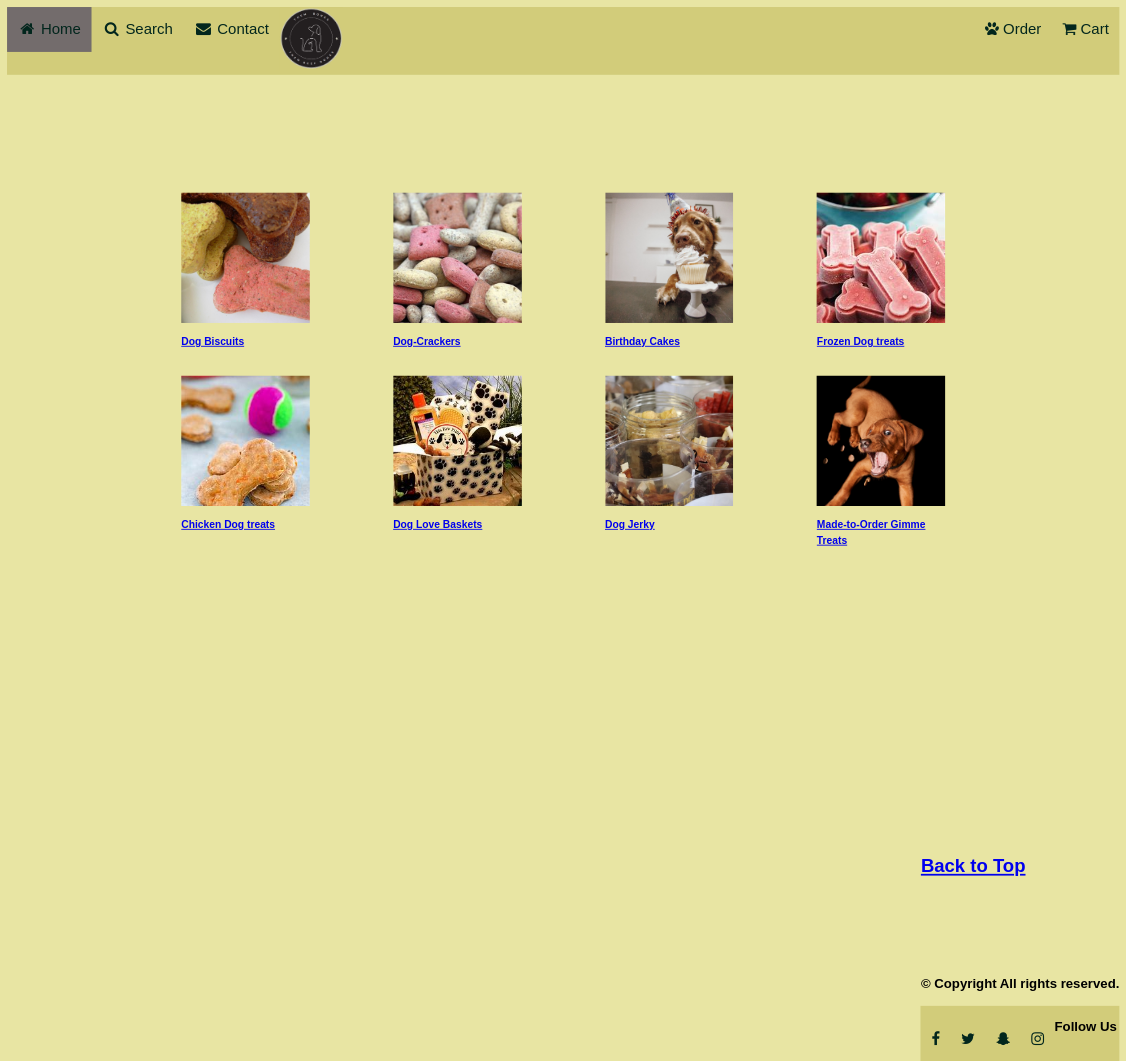
Repository: vgoins-RA2022/HTML-1
Page: index.html
These files come from the project's save history. The page is drawn as it stood at one moment and after the next save; the edit follows.
The browser window is 1280 px wide. The pictures show the whole page, at 88% of full size.

Above is the page before, as saved 2023-01-21 18:55:09.

### index.html
<!DOCTYPE html>
<html lang="en">

<head>
  <meta charset="UTF-8">
  <meta name="viewport" content="width=device-width, initial-scale=1">
  <link rel="stylesheet" href="https://cdnjs.cloudflare.com/ajax/libs/font-awesome/4.7.0/css/font-awesome.min.css">
  <link rel="stylesheet" href="../HTML-1/src/css/Style.css" type="text/css">
  <title>Simple HTML Assignment 1</title>
</head>

<header>
    <!-- setup top navigator bar. position logo, home and contact navators on the left-->
    <div class="navbar" float: left>
      <img src="src/img/them-bones-logo.png" alt="them-bones-logo" class="logo" >
      <a class="active" href="#"><i class="fa fa-fw fa-home"></i> Home</a>
      <a href="#"><i class="fa fa-fw fa-search"></i> Search</a>
      <a href="#"><i class="fa fa-fw fa-envelope"></i> Contact</a>
      <!-- position order and cart navigators on the right -->
    <div class="right"><a href="#"><i class="fa fa-paw" aria-hidden="true"></i> Order</a>
    <div class="right"><a href="#"><i class="fa fa-shopping-cart" aria-hidden="true"></i> Cart</a>
    </div>
  </header>

<body>
  <div class="container">
     <!-- set of store gallery of self-contained items enclosed in the figure tags  -->
    <div class="gallery">

      <figure class="gallery__item gallery__item--1">
            <img src="src/img/animal-dog- biscuits.jpg" alt="animal-dog-biscuits" class="gallery__img" >
              <h3 class= image-text>
                <h3><a href="#">Dog Biscuits</a></h3>
              </h3>
        </figure>
        <figure class="gallery__item gallery__item--2">
            <img src="src/img/animal-dog- crackers.jpg" alt="animal-dog-crackers" class="gallery__img">
                <h3 class= image-text>
                  <h3><a href="#">Dog-Crackers</a></h3>
                </h3>

        </figure>
        <figure class="gallery__item gallery__item--3">
            <img src="src/img/dog-happy-birthday.jpg" alt="dog-happy-birthday" class="gallery__img">
              <h3 class= image-text></h3>
                <h3><a href="#">Birthday Cakes</a></h3>
               </h3>
        </figure>
        <figure class="gallery__item gallery__item--4">
            <img src="src/img/frozen-dog-treats.jpg" alt="frozen-dog-treats" class="gallery__img">
              <h3 class= image-text>
                 <h3><a href="#">Frozen Dog treats</a></h3>
              </h3>
        </figure>
        <figure class="gallery__item gallery__item--5">
            <img src="src/img/chicken-dog-treat.jpg" alt="chicken-dog-treats" class="gallery__img">
              <h3 class= image-text>
                <h3><a href="#">Chicken Dog treats</a></h3>
              </h3>
        </figure>
        <figure class="gallery__item gallery__item--6">
            <img src="src/img/doggy-love-basket.jpg" alt="doggy-love-basket" class="gallery__img">
            <h3 class= image-text>
            <h3><a href="#">Dog Love Baskets</a></h3>
            </h3>
        </figure>
        <figure class="gallery__item gallery__item--7">
            <img src="src/img/Dog-jerkey.png" alt="dog-jerky" class="gallery__img">
            <h3 class= image-text>
              <a href="#">Dog Jerky</a></h3>
            </h3>
        </figure>
        <figure class="gallery__item gallery__item--8">
          <img src="src/img/gimme-dog treats.jpg" alt="gimme-dog-treats" class="gallery__img">
          <h3 class= image-text>
            <a href="#">Made-to-Order Gimme Treats</a>
          </h3>
        </figure>

      </div>
  </div>

  <a href="#" class="button">
    <div class="right"><span class="label"><h3>Back to Top</h3></span>
  </a>
</body>

<footer>
  <!-- <div> id="footer"</div>  footer id attribute -->

  <!-- setup navigator bar in the footer of copywright and social media icons -->
  <div class="right">
    <div id="footer">
      <p class="copyright"> <h2>&copy; Copyright All rights reserved.</h2> </p>
    </div>
    <div class="navbar" float: left>
    <!-- <div class="left"> -->
      <h2>Follow Us
      <a href="#"><i class="fa fa-facebook"></i> </a>
      <a href="#"><i class="fa fa-twitter"></i> </a>
      <a href="#"><i class="fa fa-snapchat-ghost"></i> </a>
      <a href="#"><i class="fa fa-instagram"></i> </a>
      </h2>
    </div>

  </footer>
</html>

### src/css/Style.css

/* align navigation bar items */
.left-menu {
  grid-column: 1;
}
.right-menu {
  grid-column: -1;
}
/* format logo position, width and height */
.logo {
  grid-column: 3;
  grid-area: logo;
  place-self: center;
  width: 10vh;
  height: 10vh;
  justify-self: center;
  background-color:#d2cc7a;
}

/* style the navigation bar */
.navbar a {
float: left;
padding-top: 70px;
padding: 12px;
color: #02261d;
text-decoration: none;
font-size: 17px;
}
/* set the size of the images */
img {
  width: 400px;
  height: 80px;
}
/* change color of navigation item when cursor hovers */
.navbar a:hover {
background-color: #8e8c8c;
}
.active {
background-color: #736c6c;
}
.left {
  float: left;
}

.right {
  float: right;
 }

.navbar a {
    float: left;
    display: block;
}

.navbar {
    width: 100%;
    background-color: #d2cc7a;
    overflow: auto;
}

.logo img {
    display: inline-block;
    vertical-align: top;
    width: 50px;
    height: 50px;
    margin-right: 20px;
    margin-top: 15px;
}



html {
  box-sizing: border-box;
  font-size: 62.5%;
}

body {
  font-family: "Nunito", sans-serif;
  background-color: rgba(216, 212, 98, 0.585);
  font-weight: 300;
  line-height: 1.6;
}

.container {
  width: 75%;
  margin: 2rem auto;
}

.gallery {
  display: grid;
  grid-template-columns: repeat(8, 1fr);
  grid-template-rows: repeat(8, 5vw);
  grid-gap: 1.5rem;
  row-gap: 40px;
}

.gallery__img {
  width: 100%;
  height: 100%;
  object-fit: cover;
  display: block;
}

.image-txt {
  margin: 3%;
  position: absolute;
  top: 20px;
  left: 50px;
}
/* set length and position of store gallery items */
.gallery__item--1 {
  grid-column: 1 / span 2;
  grid-row: 2 / span 2;
}
.gallery__item--2 {
  grid-column: 3 / span 2;
  grid-row: 2 / span 2;
}
.gallery__item--3 {
  grid-column: 5 / span 2;
  grid-row: 2 / span 2;
}
.gallery__item--4 {
  grid-column: 7 / span 2;
  grid-row: 2 / span 2;
}
.gallery__item--5 {
  grid-column: 1 / span 2;
  grid-row: 4 / span 2;
}
.gallery__item--6 {
  grid-column: 3 / span 2;
  grid-row: 4 / span 2;
}
.gallery__item--7 {
  grid-column: 5 / span 2;
  grid-row: 4 / span 2;
}
.gallery__item--8 {
  grid-column: 7 / span 2;
  grid-row: 4 / span 2;
}
/* Style the button */
.button {
  outline: none;
  padding: 10px 16px;

  cursor: pointer;
  font-size: 18px;
}


.button:hover {
  background-color: #ddd;
}

.button.active {
  background-color: #666;
  color: white;
}

.footer {
  background: #061D25;
  padding: 10px 0;
}
.footer a {
  color: #70726F;
  font-size: 20px;
  padding: 10px;
  border-right: 1px solid #70726F;
  transition: all .5s ease;
}
.flex-container {
  display: flex;
  background: #d2cc7a;
}

.copyright{
  text-align: center;
  padding-top: 24px;
  font-weight: 500;
  opacity: 0.8;
  font-size: 16px;
}
@media (max-width: 767px) {

    .h6{
      margin: 0 auto;
      text-align: center;
      margin-top: 10px;
      margin-bottom: 10px;
    }
    .ul{
      text-align: center;
    }
    .social{
        width: 100%;
        margin: 0 auto;
        text-align: center;
        padding: 40px;
        padding-bottom: 0px;
        border-top: 1px solid #eee;
        margin-top: 50px;
    }

  }

After the next save:
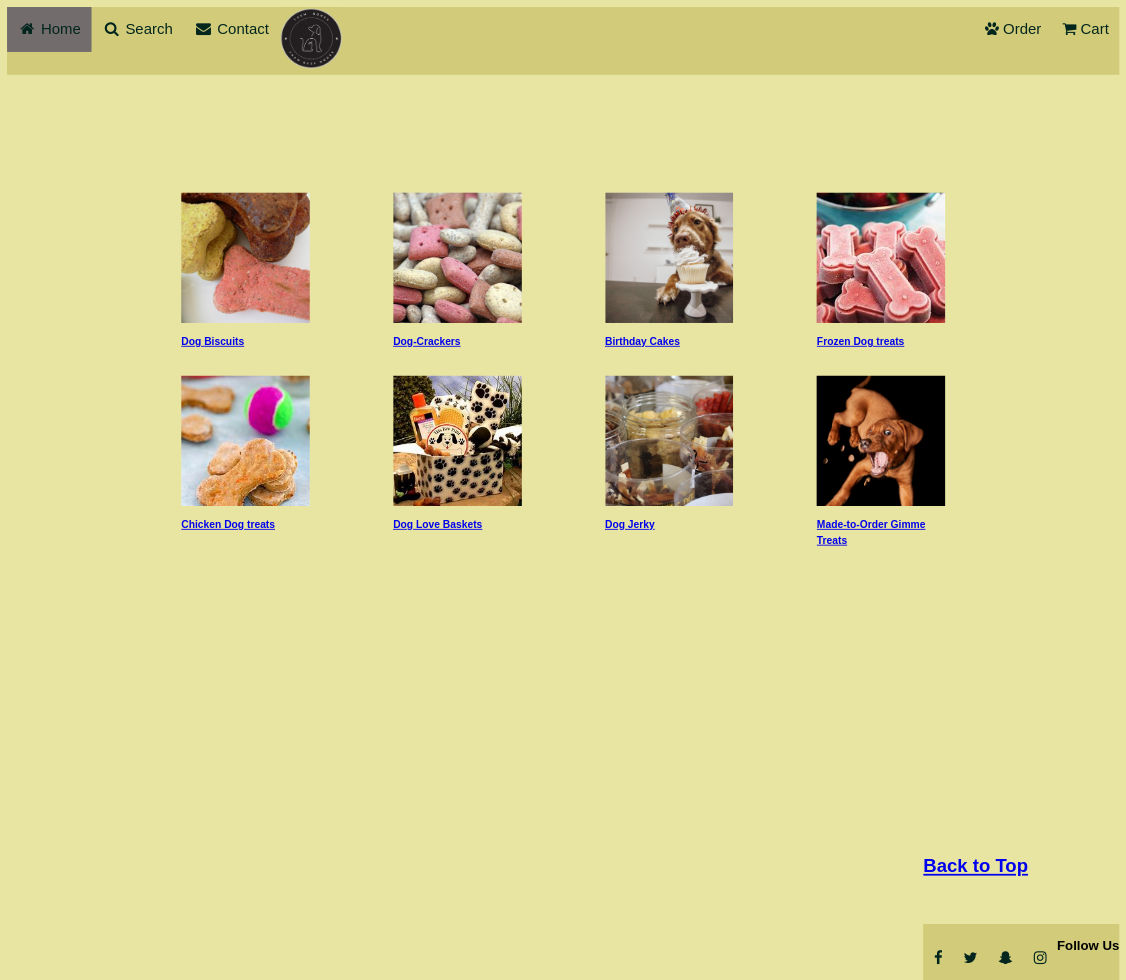
Saved 85 s later.
--- a/index.html
+++ b/index.html
@@ -89,10 +89,7 @@
   <!-- <div> id="footer"</div>  footer id attribute -->
 
   <!-- setup navigator bar in the footer of copywright and social media icons -->
-  <div class="right">
-    <div id="footer">
-      <p class="copyright"> <h2>&copy; Copyright All rights reserved.</h2> </p>
-    </div>
+
     <div class="navbar" float: left>
     <!-- <div class="left"> -->
       <h2>Follow Us
